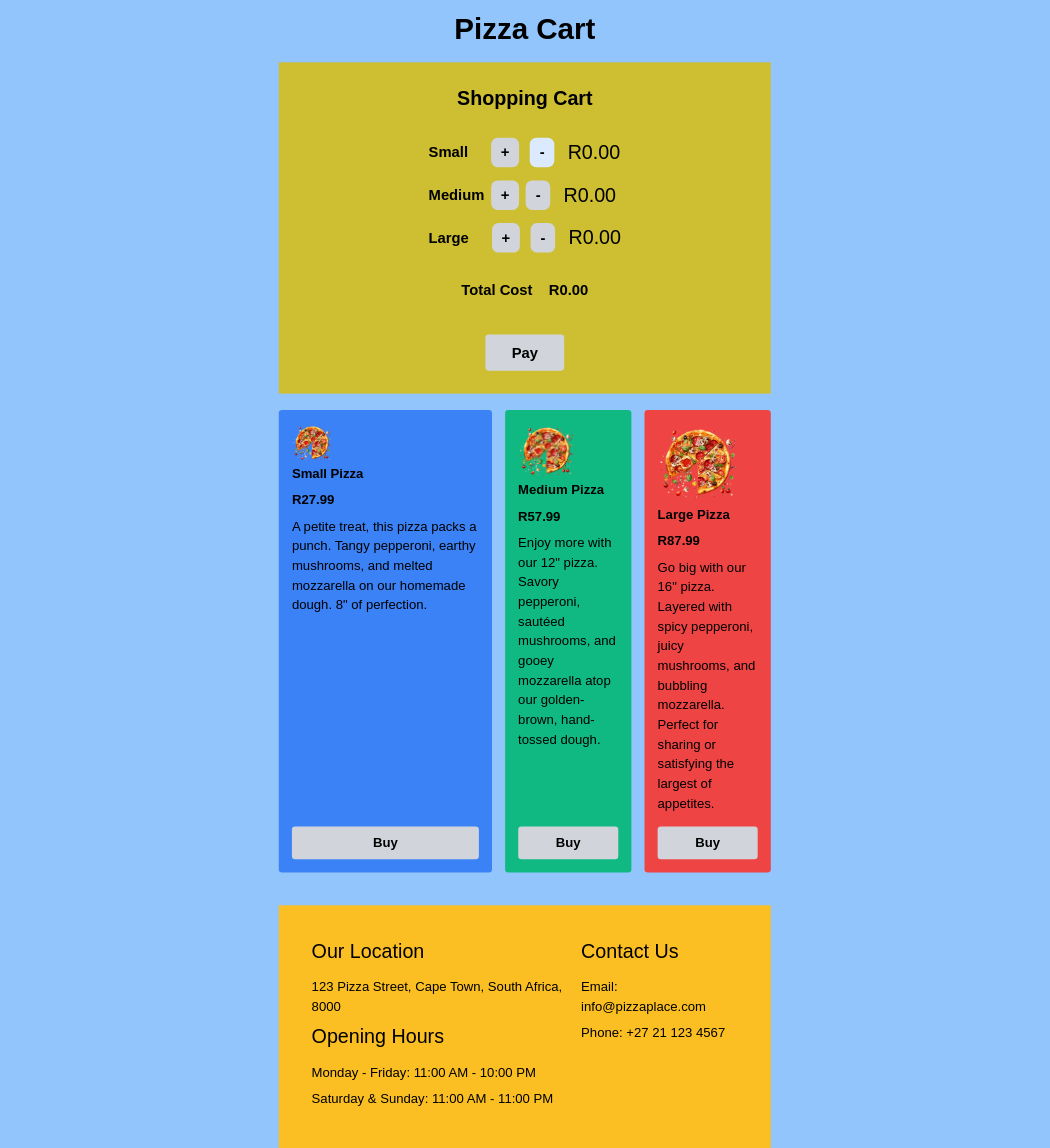
Repository: lasity34/pizza_cart
Page: index.html
An editor plug-in stored every save of this project. The page is shown before and after the next save, followed by the edit.
The browser window is 1280 px wide. The pictures show the whole page, at 82% of full size.
Some web fonts or font styles are not loaded; a fallback is used. Some web libraries are served in a nearby version.

Above is the page before, as saved 2023-07-12 13:44:44.

### index.html
<!DOCTYPE html>
<html lang="en">
  <head>
    <meta charset="UTF-8" />
    <meta name="viewport" content="width=device-width, initial-scale=1.0" />
    <title>Pizza Cart</title>
    <script src="//unpkg.com/alpinejs" defer></script>
    <link
      href="https://cdn.jsdelivr.net/npm/tailwindcss@2.1.2/dist/tailwind.min.css"
      rel="stylesheet"
    />
    <link href="./style.css" rel="stylesheet" />
    <link rel="preconnect" href="https://fonts.googleapis.com">
<link rel="preconnect" href="https://fonts.gstatic.com" crossorigin>
<link href="https://fonts.googleapis.com/css2?family=Titillium+Web:ital@0;1&family=Tsukimi+Rounded:wght@300;400;500&display=swap" rel="stylesheet">
  </head>
  <body x-data="cart" class="bg-blue-300" x-cloak>
    <section class="flex justify-center items-center">
      <h1 class="text-4xl pt-4 font-bold">Pizza Cart</h1>
    </section>

    <section
    class="shop-container my-5 p-7 flex flex-col text-xs   sm:text-base  md:text-lg  lg:text-lg justify-center items-center"
  >
      <h2 class="text-2xl mb-2 font-bold">Shopping Cart</h2>
      <div class="mt-6 flex flex-col items-center">
        <div >
          <div class="flex items-center mb-4">
            <p class="font-bold mr-2">Small</p>
            <div class="ml-5">
              <button
                @click="increment('small')"
                class="bg-gray-300 hover:bg-gray-400 rounded-lg px-3 py-1 mr-2 font-bold"
              >
                +
              </button>
              <button
                @click="decrement('small')"
                class="bg-blue-100 hover:bg-gray-400 rounded-lg px-3 py-1 font-bold"
              >
                -
              </button>
            </div>
            <p class="ml-4 text-2xl">
              R<span x-text="(smallAmount * prices.small).toFixed(2)"
                >0.00</span
              >
            </p>
          </div>
          <div class="flex items-center mb-4">
            <p class="font-bold mr-2 text-red">Medium</p>
            <button
              @click="increment('medium')"
              class="bg-gray-300 hover:bg-gray-400 rounded-lg px-3 py-1 mr-2 font-bold"
            >
              +
            </button>
            <button
              @click="decrement('medium')"
              class="bg-gray-300 hover:bg-gray-400 rounded-lg px-3 py-1 font-bold"
            >
              -
            </button>
            <p class="ml-4 text-2xl">
              R<span x-text="(mediumAmount * prices.medium).toFixed(2)"
                >0.00</span
              >
            </p>
          </div>
          <div class="flex items-center mb-4">
            <p class="font-bold mr-2">Large</p>
            <div class="ml-5">
              <button
                @click="increment('large')"
                class="bg-gray-300 hover:bg-gray-400 rounded-lg px-3 py-1 mr-2 font-bold"
              >
                +
              </button>
              <button
                @click="decrement('large')"
                class="bg-gray-300 hover:bg-gray-400 rounded-lg px-3 py-1 font-bold"
              >
                -
              </button>
            </div>
            <p class="ml-4 text-2xl">
              R<span x-text="(largeAmount * prices.large).toFixed(2)"
                >0.00</span
              >
            </p>
          </div>
        </div>
        <div class="flex justify-center mt-4">
          <p class="font-bold">Total Cost</p>
          <p class="ml-5 font-bold">R<span x-text="total().toFixed(2)">0.00</span></p>
        </div>
        <div class="mt-4">
          <span  x-html="payMessage"></span>
        </div>

        <div class="mt-4" x-show="total() !== 0" x-cloak>
          <label class="font-bold">Payment Amount:</label>
          <input placeholder="Enter payment here" type="number" step="0.01" class="rounded ml-2 py-2" x-model="paymentAmount" />
        </div>
        <div class="mt-6">
          <button
          x-cloak
          @click="paymentTotal()"
            class="bg-gray-300 hover:bg-gray-400 py-2 px-8 rounded font-bold"
          >
            <span x-text="total() === 0 ? 'Pay' : 'Checkout'"></span>
          </button>
        </div>
      </div>
    </section>

    <section class="pizza_columns">
      <div class="flex flex-col gap-4  mx-auto md:flex-row"  >
        <div
          class="pizza_sm bg-blue-500 rounded p-4 w-3/4 flex flex-col justify-between text-black"
        >
          <div>
            <img src="./pizza.png" width="50" />
            <h3 class="mb-2 font-bold">Small Pizza</h3>
            <h3 class="mb-2 font-bold">R27.99</h3>
            <p class="mb-4">
              A petite treat, this pizza packs a punch. Tangy pepperoni, earthy
              mushrooms, and melted mozzarella on our homemade dough. 8" of
              perfection.
            </p>
          </div>
          <button
          @click="buy('small')"
          :disabled="smallAdded"
          class="bg-gray-300 hover:bg-gray-400 transition-colors duration-300 py-2 px-4 rounded font-bold"
        >
          Buy
        </button>
        </div>
        <div
          class="pizza_md bg-green-500 rounded p-4 w-64 flex flex-col justify-between text-black"
        >
          <div>
            <img src="./pizza.png" width="70" />
            <h3 class="mb-2 font-bold">Medium Pizza</h3>
            <h3 class="mb-2 font-bold">R57.99</h3>
            <p class="mb-4">
              Enjoy more with our 12" pizza. Savory pepperoni, sautéed
              mushrooms, and gooey mozzarella atop our golden-brown, hand-tossed
              dough.
            </p>
          </div>
          <button
          @click="buy('medium')"
          :disabled="mediumAdded"
          class="bg-gray-300 hover:bg-gray-400 transition-colors duration-300 py-2 px-4 rounded font-bold"
        >
          Buy
        </button>
        </div>
        <div
          class="pizza_lg bg-red-500 rounded p-4 w-64 flex flex-col justify-between text-black"
        >
          <div>
            <img src="./pizza.png" width="100" />
            <h3 class="mb-2 font-bold">Large Pizza</h3>
            <h3 class="mb-2 font-bold">R87.99</h3>
            <p class="mb-4">
              Go big with our 16" pizza. Layered with spicy pepperoni, juicy
              mushrooms, and bubbling mozzarella. Perfect for sharing or
              satisfying the largest of appetites.
            </p>
          </div>
          <button
          @click="buy('large')"
          :disabled="largeAdded"
          class="bg-gray-300 hover:bg-gray-400 transition-colors duration-300 py-2 px-4 rounded font-bold"
        >
          Buy
        </button>
        </div>
      </div>

      <footer class="bg-yellow-400 text-black mt-10 p-10">
        <div class="container mx-auto flex justify-between">
          <div>
            <h2 class="text-2xl mb-4">Our Location</h2>
            <p class="mb-2">123 Pizza Street, Cape Town, South Africa, 8000</p>

            <h2 class="text-2xl mb-4">Opening Hours</h2>
            <p class="mb-2">Monday - Friday: 11:00 AM - 10:00 PM</p>
            <p class="mb-2">Saturday & Sunday: 11:00 AM - 11:00 PM</p>
          </div>
          <div>
            <h2 class="text-2xl mb-4">Contact Us</h2>
            <p class="mb-2">Email: info@pizzaplace.com</p>
            <p class="mb-2">Phone: +27 21 123 4567</p>
          </div>
        </div>
      </footer>
    </section>
    <div
    x-show="show"
    x-transition:enter="transition ease-out duration-300"
    x-transition:enter-start="opacity-0 transform scale-90"
    x-transition:enter-end="opacity-100 transform scale-100"
    x-transition:leave="transition ease-in duration-300"
    x-transition:leave-start="opacity-100 transform scale-100"
    x-transition:leave-end="opacity-0 transform scale-90"
    class="fixed inset-0 flex items-center justify-center z-50"
  >
    <div class="bg-green-800 text-white rounded p-5 shadow-lg">

      <p x-text="message"></p>
      <!-- Removed the Close button -->
    </div>
  </div>


    <script src="./pizza.js"></script>
  </body>
</html>

### style.css

body {
    max-width: 600px;
    margin: 0 auto;

font-family: 'Tsukimi Rounded', sans-serif;
}

.shop-container {
    background-color: rgb(205, 190, 50);
}

input::-webkit-outer-spin-button,
input::-webkit-inner-spin-button {
  -webkit-appearance: none;
  margin: 0;
}

input[type="number"] {
  -moz-appearance: textfield;
 text-indent: 10px;
}

[x-cloak] { display: none; }

### pizza.js
function cart() {
  return {
    smallAmount: 0,
    mediumAmount: 0,
    largeAmount: 0,
    paymentAmount: 0,
    message: "",
    payMessage: "",
    smallAdded: false,
    mediumAdded: false,
    largeAdded: false,
    show: false,
    prices: {
      small: 27.99,
      medium: 57.99,
      large: 87.99,
    },
    lastMessageAdded: '',
    increment(size) {
      if (size === "small" && this.smallAdded) {
        this.smallAmount++;
      } else if (size === "medium" && this.mediumAdded) {
        this.mediumAmount++;
      } else if (size === "large" && this.largeAdded) {
        this.largeAmount++;
      }
    },
    buy(size) {
      if (size === "small") {
        this.smallAdded = true;
        this.smallAmount++;  // increment the small pizza count
        this.message = 'Small Pizza has been added';
      } else if (size === "medium") {
        this.mediumAdded = true;
        this.mediumAmount++;  // increment the medium pizza count
        this.message = 'Medium Pizza has been added';
      } else if (size === "large") {
        this.largeAdded = true;
        this.largeAmount++;  // increment the large pizza count
        this.message = 'Large Pizza has been added';
      }
      this.toggleModal();
    },
    decrement(size) {
      if(size === 'small' && this.smallAmount > 0 && this.smallAdded) {
        this.smallAmount--;
        if(this.smallAmount === 0) this.smallAdded = false;
      }
      if(size === 'medium' && this.mediumAmount > 0 && this.mediumAdded) {
        this.mediumAmount--;
        if(this.mediumAmount === 0) this.mediumAdded = false;
      }
      if(size === 'large' && this.largeAmount > 0 && this.largeAdded) {
        this.largeAmount--;
        if(this.largeAmount === 0) this.largeAdded = false;
      }
    },
    total() {
      return (
        this.smallAmount * this.prices.small +
        this.mediumAmount * this.prices.medium +
        this.largeAmount * this.prices.large
      );
    },
    paymentTotal() {
      if (this.paymentAmount < this.total()) {
        this.payMessage = `<p class='flex bg-red-600 text-white py-2 px-4 font-bold text-lg my-3 py-1'>R${(this.total() - this.paymentAmount).toFixed(2)} is needed</p>`;
        setTimeout(() => {
          this.payMessage = "";
        }, 2000);
      } else if (this.paymentAmount > this.total()) {
        this.payMessage = `<p class='flex bg-red-600 text-white py-2 px-4 font-bold text-lg my-3 py-1'>There is R${(this.paymentAmount - this.total()).toFixed(2)} too much</p>`;
        setTimeout(() => {
          this.payMessage = "";
        }, 2000);
      } else if (this.paymentAmount == this.total() && this.total() !== 0) {
        this.payMessage = "<p class='flex bg-green-600 text-white py-2 px-4 font-bold text-lg my-3 py-1'>Enjoy your pizzas<p>";
        this.reset();
        setTimeout(() => {
          this.payMessage = "";
        }, 2000);
      }
    },
    toggleModal() {
      this.show = !this.show;
      if (this.show) {
        setTimeout(() => { this.show = false; }, 2000); // Close after 2 seconds
      }
    },
    reset() {
      this.smallAmount = 0;
      this.mediumAmount = 0;
      this.largeAmount = 0;
      this.paymentAmount = 0;
      this.message = "";

      this.smallAdded = false;
      this.mediumAdded = false;
      this.largeAdded = false;
      this.show = false;
    }
  };
}

document.addEventListener("alpine:init", () => {
  Alpine.data("cart", cart);
});

After the next save:
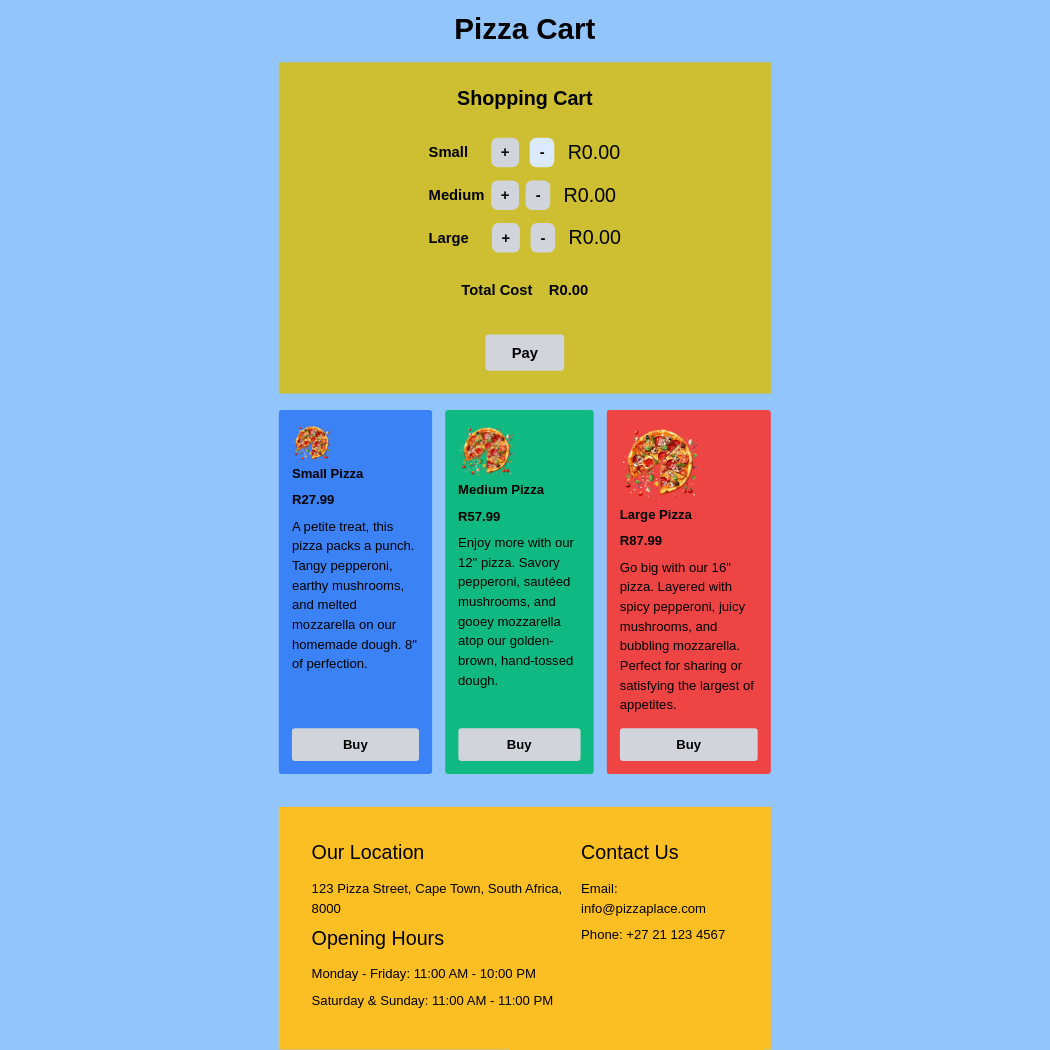
Saved 33 s later.
--- a/index.html
+++ b/index.html
@@ -117,7 +117,7 @@
     <section class="pizza_columns">
       <div class="flex flex-col gap-4  mx-auto md:flex-row"  >
         <div
-          class="pizza_sm bg-blue-500 rounded p-4 w-3/4 flex flex-col justify-between text-black"
+          class="pizza_sm bg-blue-500 rounded p-4 w-auto flex flex-col justify-between text-black"
         >
           <div>
             <img src="./pizza.png" width="50" />
@@ -138,7 +138,7 @@
         </button>
         </div>
         <div
-          class="pizza_md bg-green-500 rounded p-4 w-64 flex flex-col justify-between text-black"
+          class="pizza_md bg-green-500 rounded p-4 w-auto flex flex-col justify-between text-black"
         >
           <div>
             <img src="./pizza.png" width="70" />
@@ -159,7 +159,7 @@
         </button>
         </div>
         <div
-          class="pizza_lg bg-red-500 rounded p-4 w-64 flex flex-col justify-between text-black"
+          class="pizza_lg bg-red-500 rounded p-4 w-auto flex flex-col justify-between text-black"
         >
           <div>
             <img src="./pizza.png" width="100" />
